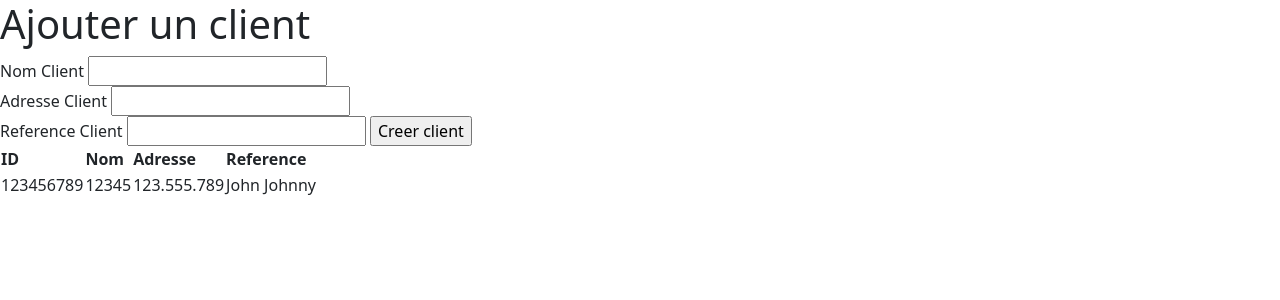
Repository: Elie-Dey/airblio
Page: test.html
These files come from the project's save history. The page is drawn as it stood at one moment and after the next save; the edit follows.
The browser window is 1280 px wide. The pictures show the whole page.

Above is the page before, as saved 2022-03-28 12:09:45.

### test.html
<!DOCTYPE html>
<html lang="en">
  <head>
    <meta charset="UTF-8" />
    <meta http-equiv="X-UA-Compatible" content="IE=edge" />
    <meta name="viewport" content="width=device-width, initial-scale=1.0" />
    <link
      href="https://cdn.jsdelivr.net/npm/bootstrap@5.1.3/dist/css/bootstrap.min.css"
      rel="stylesheet"
      integrity="sha384-1BmE4kWBq78iYhFldvKuhfTAU6auU8tT94WrHftjDbrCEXSU1oBoqyl2QvZ6jIW3"
      crossorigin="anonymous"
    />
    <script src="https://ajax.googleapis.com/ajax/libs/jquery/3.6.0/jquery.min.js"></script>
    <title>Document</title>
  </head>
  <body>
    <h1>Ajouter un client</h1>
    <form action="connect.php?task=write" method="POST">
      <label for="nom">Nom Client </label>
      <input type="text" name="nom" id="nom" /> <br />
      <label for="Adresse">Adresse Client</label>
      <input type="text" name="adresse" id="adresse" /> <br />
      <label for="reference">Reference Client</label>
      <input type="text" name="reference" id="reference" />
      <input type="submit" value="Creer client" />
    </form>


    <div >
  <table>
  <tr>
    <th>ID</th>
    <th>Nom</th>
    <th>Adresse</th>
    <th>Reference</th>
  </tr>
  <tr class="display-client">
    <td>123456789</td>
    <td>12345</td>
    <td>123.555.789</td>
    <td>John Johnny</td>

  </tr>

    </div>
    <script src="js/app.js"></script>
  </body>
</html>

### js/app.js
// var getHttpRequest = function () {
//   var httpRequest = false;
//   if (window.XMLHttpRequest) {
//     // Mozilla, Safari, IE7+...
//     httpRequest = new XMLHttpRequest();
//   } else if (window.ActiveXObject) {
//     // IE 6 et antérieurs
//     httpRequest = new ActiveXObject("Microsoft.XMLHTTP");
//   }

//   return httpRequest;
// };

// var httpRequest = getHttpRequest();
// httpRequest.open("GET");

// $(document).ready(function () {
//   $("form").submit(function (event) {
//     var formData = {
//       nom: $("#nom").val(),
//       adresse: $("#adresse").val(),
//       reference: $("#reference").val(),
//     };
//     $.ajax({
//       type: "POST" ? url : "connect.php",
//       data: formData,
//       dataType: "json",
//       encode: true,
//     }).done(function (data) {
//       console.log(data);
//     });

//     event.preventDefault();
//   });
// });

function getClients() {
  //Creation d'une requete AJAX pour se connecter au serveur avec le fichier connect.php
  const requeteAjax = new XMLHttpRequest();
  requeteAjax.open("GET", "connect.php");

  //Quand les données sont reçus, les traités sous forme de JSON et les affichés au format HTML

  requeteAjax.onload = function () {
    const resultat = JSON.parse(requeteAjax.responseText);
    const html = resultat
      .map(function (client) {
        return `
      <tr>
    <td>${client.id}</td>
    <td>${client.nom}</td>
    <td>${client.adresse}</td>
    <td>${client.reference}</td>
    </tr>
      `;
      })
      .join("");

    const clients = document.querySelector(".display-client");
    clients.innerHTML = html;
  };

  //On envoie la requete
  requeteAjax.send();
}

After the next save:
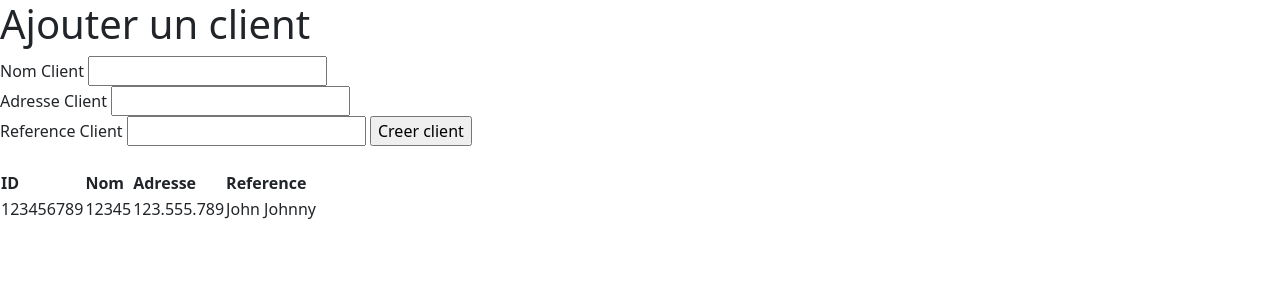
Saved 3 min 46 s later.
--- a/test.html
+++ b/test.html
@@ -39,8 +39,7 @@
     <td>12345</td>
     <td>123.555.789</td>
     <td>John Johnny</td>
-
-  </tr>
+  </tr> <br>
 
     </div>
     <script src="js/app.js"></script>
